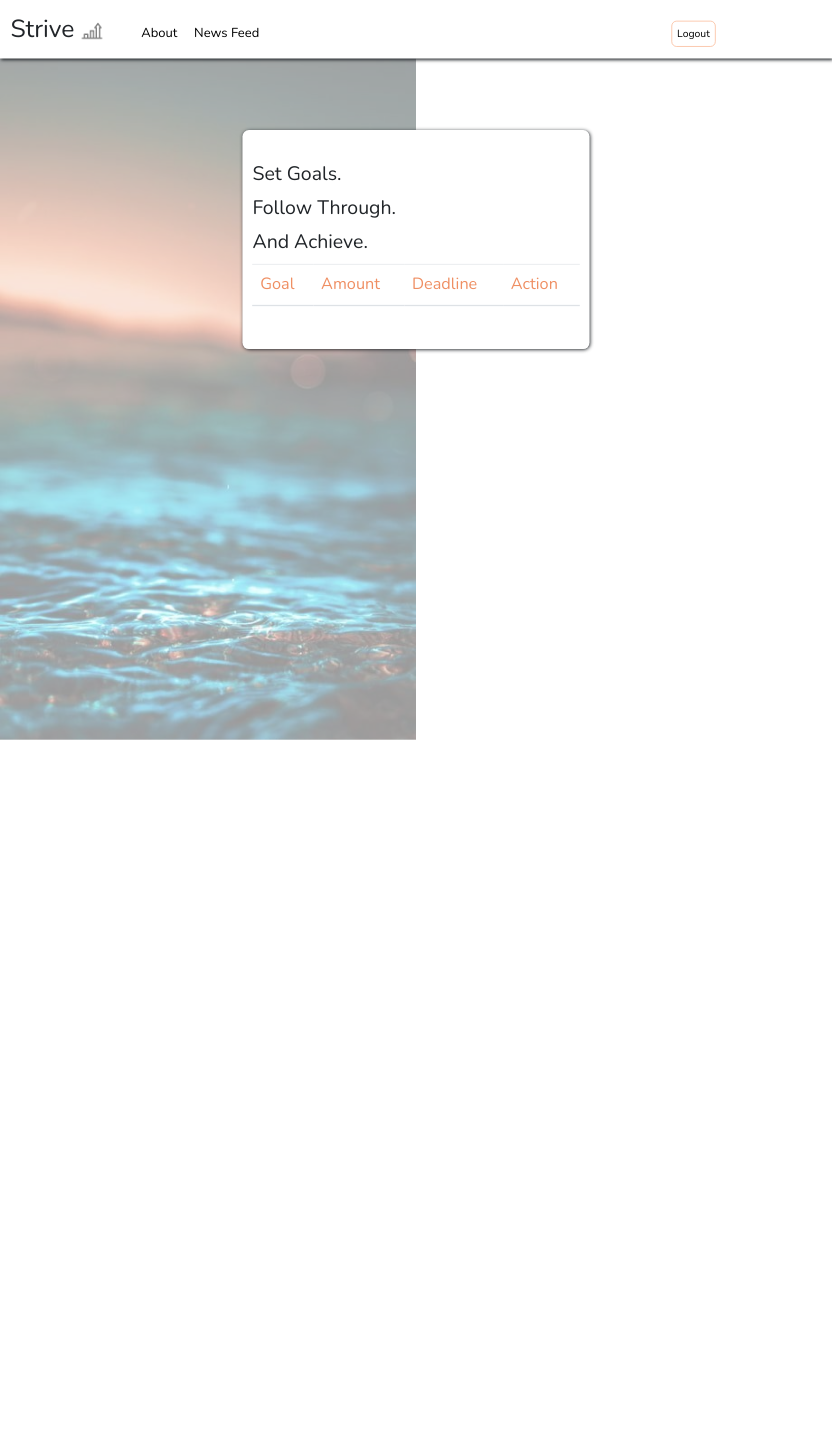
Repository: NoraOK/Strive
Page: http://localhost/strive/WEB-INF/strive/allGoals.jsp
An editor plug-in stored every save of this project. The page is shown before and after the next save, followed by the edit.
The browser window is 1280 px wide. The pictures show the whole page, at 65% of full size.
The page is served by Tomcat 9. Nobody is signed in. Other server files are loaded and not shown. The template is opened directly, without the code that normally fills it, so the values that code supplies are empty.

Above is the page before, as saved 2019-12-20 16:28:33.

### strive/src/main/webapp/WEB-INF/strive/allGoals.jsp
<%@ page language="java" contentType="text/html; charset=UTF-8"
	pageEncoding="UTF-8"%>
<%@ taglib prefix="c" uri="http://java.sun.com/jsp/jstl/core"%>
<%@ taglib prefix="fmt" uri="http://java.sun.com/jsp/jstl/fmt"%>

<!DOCTYPE html>
<html>
<head>
<meta charset="UTF-8">
<title>Strive | Your Goals</title>
	<link rel="stylesheet" href="https://stackpath.bootstrapcdn.com/bootstrap/4.3.1/css/bootstrap.min.css" integrity="sha384-ggOyR0iXCbMQv3Xipma34MD+dH/1fQ784/j6cY/iJTQUOhcWr7x9JvoRxT2MZw1T" crossorigin="anonymous">
	<link href="/css/allGoals.css" rel="stylesheet" type="text/css"/>
	<link href="https://fonts.googleapis.com/css?family=Nunito:200,400,700&display=swap" rel="stylesheet">
</head>
<body>
	<div>
		<jsp:include page="header.jsp" />
	</div>
	<div class="body">
	<img src="/images/water.jpg">
	<div class="container col-5 spotlight">
		<div class="h1">
			<p >Set Goals.</p>
			<p>Follow Through.</p>
			<p>And Achieve.</p>
		</div>
			<table class="table">
				<thead>
					<tr>
						<th>Goal</th>
						<th>Amount</th>
						<th>Deadline</th>
						<th>Action</th>
					</tr>
				</thead>
				<tbody>
					<c:forEach items="${user.goals}" var="goal">
						<tr>
							<td><a href="/oneGoal/${goal.id}"><c:out value="${goal.goalName}"/></a></td>
							<td><c:out value="${goal.totalGoalExpense}"/></td>
							<td><fmt:formatDate pattern="MMMM dd, yyyy" value="${goal.deadline}"/></td>
							<td>
								<form action="/deleteGoal/${goal.id}" method="post">
									<input type="hidden" name="_method" value="delete">
									<input type="submit" value="Delete" class="button2">
								</form>
							</td>
						</tr>
					</c:forEach>
				</tbody>
			</table>
		</div>
	</div>
</body>
</html>

### strive/src/main/resources/static/css/allGoals.css
.body {
	padding-top: 200px;
    position: relative;
    overflow: hidden;
    height: 2200px;
    font-family:'Nunito', sans-serif;

}

.body img {
	background-color: rgba(232,114,17,1.0);
    position: absolute;
    left: 0;
    top: 0;
    width: 50%;
    height: auto;
    opacity: 0.4;
}

.spotlight{
	background-color: white;
	border-radius: 10px;
	box-shadow: 1px 1px 6px;
	padding: 50px;
	padding-left: 50px;
}

.spotlight th{
	color: #F9AD86;
	font-size: 25px;
	color: #EF8F63;
	font-weight: 200;

}

.spotlight .h1{
	font-size: 30px;
	font-weight: 200;
}
.button2{
	background-color: #F9AD86;
	border: solid 1.5px #F9AD86;
	border-radius: 8px;
	padding:  8px;
	color: white;
}

.button2:hover {
	background-color: #EF8F63;
	color: white;
	border: solid 1.5px #EF8F63;

}

### strive/src/main/resources/static/css/header.css
header{
	box-shadow: 2px 2px 5px;
	height: 90px;
	z-index: 10;
    position: fixed;
    width: 100%;
    font-family:'Nunito', sans-serif;
    background-color: white;
}

.logo{
	font-size: 38px;

}
.header_img{
	background-color: white;
	width: 35px;
	opacity: .5;
}

.button{
	font-size: 17px;
	color: black;
}

.link {
	font-size: 20px;
	color: black;
}

a:link {
  text-decoration: none;
}

a:visited {
  text-decoration: none;
}

a:hover {
  text-decoration: none;
}

.logout_button{
	border: solid 1.5px #F9AD86;
	border-radius: 8px;
	padding:  8px;
	color: black;
}

.logout_button:hover {
	background-color: #F9AD86;
	color: white;
}

.buttons{
	margin-left: 50%;
}

.home_button{
	color: black;
}

Loaded but not shown: strive/src/main/webapp/WEB-INF/strive/header.jsp (common file)

After the next save:
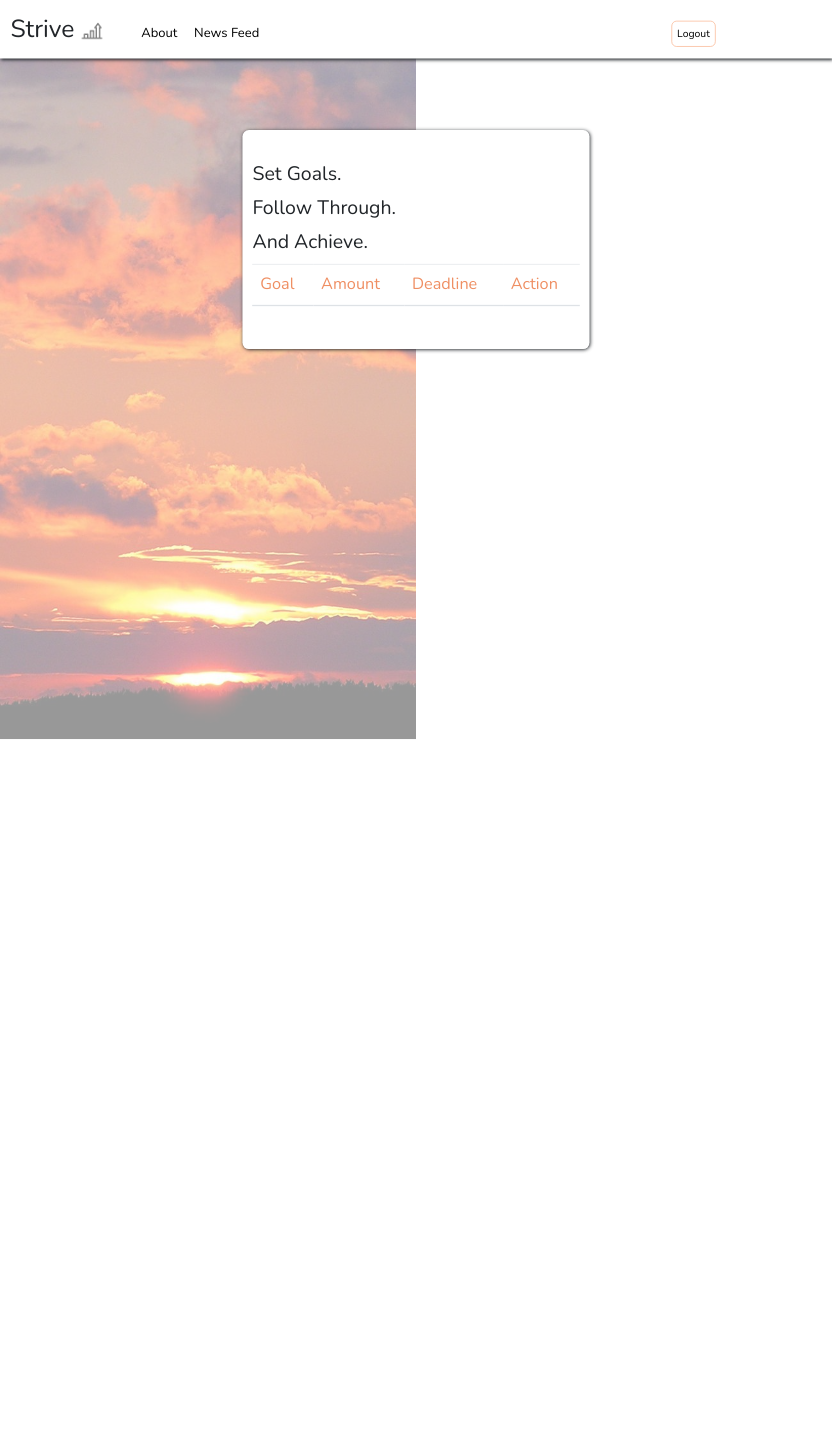
Saved 3 min 6 s later.
--- a/strive/src/main/webapp/WEB-INF/strive/allGoals.jsp
+++ b/strive/src/main/webapp/WEB-INF/strive/allGoals.jsp
@@ -17,7 +17,7 @@
 		<jsp:include page="header.jsp" />
 	</div>
 	<div class="body">
-	<img src="/images/water.jpg">
+	<img src="/images/fire_sunset.jpg">
 	<div class="container col-5 spotlight">
 		<div class="h1">
 			<p >Set Goals.</p>
